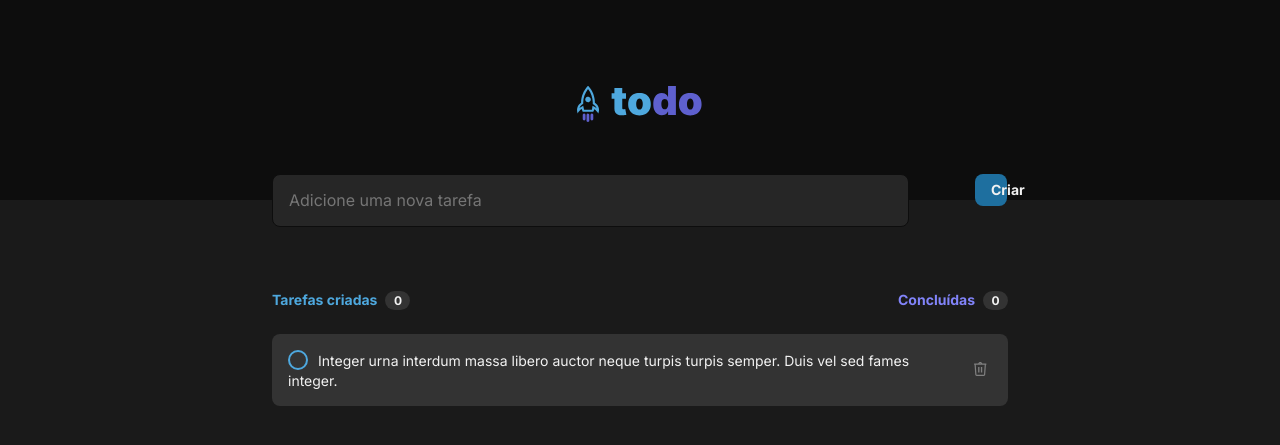
Repository: viniimartins/ToDoListROCKETSEAT
Page: /
An editor plug-in stored every save of this project. The page is shown before and after a run of saves, followed by the edit.
The browser window is 1280 px wide. The pictures show the whole page.
The project was rebuilt for these pictures with package versions that can differ from the ones it lists, and the page was loaded fresh each time. Also part of the build but not shown: vite.config.ts.

Above is the page before, as saved 2023-05-08 14:18:30.

### index.html
<!DOCTYPE html>
<html lang="en">
  <head>
    <meta charset="UTF-8" />

    <link rel="preconnect" href="https://fonts.googleapis.com" />
    <link rel="preconnect" href="https://fonts.gstatic.com" crossorigin />

    <link rel="icon" type="image/svg+xml" href="/vite.svg" />
    <meta name="viewport" content="width=device-width, initial-scale=1.0" />
    <title>Vite + React + TS</title>

    <link
      href="https://fonts.googleapis.com/css2?family=Inter:wght@400;700&display=swap"
      rel="stylesheet"
    />
  </head>
  <body>
    <div id="root"></div>
    <script type="module" src="/src/main.tsx"></script>
  </body>
</html>

### src/App.tsx
import { Header } from "./Components/Header";
import { AddTask } from "./Components/AddTask";
import { Task } from "./Components/Task";

import styles from "./App.module.css";
import "./global.css";

export function App() {
  return (
    <>
      <div>
        <Header />

        <main className={styles.wrapper}>
          <AddTask />

            <Task />
        </main>
      </div>
    </>
  );
}

### src/Components/Header.tsx
import styles from "./Header.module.css";
import Logo from "../assets/Logo.svg";

export function Header() {
  return (
    <>
      <header className={styles.header}>
        <img src={Logo} />
      </header>
    </>
  );
}

### src/Components/AddTask.tsx
import { PlusCircle } from "phosphor-react";
import styles from "./AddTask.module.css";

export function AddTask() {
  return (
    <div className={styles.inputs}>
      <input
        className={styles.inputText}
        type="text"
        placeholder="Adicione uma nova tarefa"
      />
      <button className={styles.Button}>
        <span className={styles.ButtonText}>Criar</span>
        <PlusCircle size={21} />
      </button>
    </div>
  );
}

### src/Components/Task.tsx
import { TaskCreated } from "./TaskCreated";
// import { TaskNotCreate } from "./TaskNotCreated";
import styles from "./task.module.css";

export function Task() {
  return (
    <div className={styles.task}>
      <header className={styles.taskHeader}>
        <div className={styles.taskCreated}>
          <p>Tarefas criadas</p>

          <span className={styles.taskCounter}>
            <p>0</p>
          </span>
        </div>

        <div className={styles.taskConcluded}>
          <p>Concluídas</p>

          <span className={styles.taskCounter}>
            <p>0</p>
          </span>
        </div>
      </header>

      <div>
          <TaskCreated />
      </div>
    </div>
  );
}

### src/App.module.css
.wrapper {
  max-width: 46rem;
  margin: -1.656rem auto;

  display: grid;
  grid-template-columns: 1fr;
  gap: 4rem;
  align-items: flex-start;

}

### src/global.css
:root {
  --white: #fff;

  --gray-100: #f2f2f2;
  --gray-200: #d9d9d9;
  --gray-300: #808080;
  --gray-400: #333333;
  --gray-500: #262626;
  --gray-600: #1a1a1a;
  --gray-700: #0d0d0d;

  --purble: #8284fa;
  --purbleDark: #5e60ce;

  --blue: #4ea8de;
  --blueDark: #1E6F9F;

  --darger: #e25858;
}

:focus {
  outline: transparent;
  box-shadow: 0 0 0 2px var(--purbleDark);
}

* {
  margin: 0;
  padding: 0;
  box-sizing: border-box;
}

body {
  background: var(--gray-600);
  color: var(--gray-100);
  -webkit-font-smoothing: antialiased;
}

body,
input,
textarea,
button {
  font-family: "Inter", sans-serif;
  font-weight: 400;
  font-size: 1rem;
}

### src/Components/Header.module.css
.header {
  height: 12.5rem;
  background-color: var(--gray-700);
  display: flex;
  justify-content: center;
  align-items: center;
}

.header img {
  width: 7.875rem;
  height: 3rem;
}

### src/Components/AddTask.module.css
.inputs {
  display: flex;
  gap: 1rem;
}

.inputText {
  width: 39.813rem;
  height: 3.313rem;

  border-radius: 0.5rem;
  padding: 1rem;
  border: 1px solid var(--gray-700);
  color: var(--gray-100);

  font-weight: 400;
  font-size: 1rem;
  background-color: var(--gray-500);
}

.Button {
  display: flex;
  align-items: center;

  background-color: var(--blueDark);
  color: var(--gray-100);

  border: none;
  border-radius: 0.5rem;
  padding: 1rem;
  cursor: pointer;
  gap: 0.4rem;


  font-weight: 700;
  font-size: 0.875rem;
}

.Button:hover {
  background: var(--blue);
}

### src/Components/TaskCreated.tsx
import React, { useState } from "react";
import styles from "./TaskCreated.module.css";
import Trash from "../assets/trash.svg";

interface Props {
  label: string;
}

export function TaskCreated({ label }: Props) {
  const [checked, setChecked] = useState(false);

  const handleChange = (event: React.ChangeEvent<HTMLInputElement>) => {
    setChecked(event.target.checked);
  };

  return (
    <div className={styles.taskCreated}>
      <label className={styles.checkbox}>
        <input type="checkbox" checked={checked} onChange={handleChange} />
        <span className={styles.checkmark}></span>
        <span className={styles.label}>
          Integer urna interdum massa libero auctor neque turpis turpis semper.
          Duis vel sed fames integer.
        </span>
      </label>

      <button>
        <img src={Trash} alt="trash" />
      </button>
    </div>
  );
}

### src/Components/Task.module.css
.taskHeader {
  display: flex;
  justify-content: space-between;

  margin-bottom: 1.5rem;

}

.taskCreated {
  display: flex;
  gap: 0.5rem;
}

.taskCreated p {
  color: var(--blue);
  font-size: 0.875rem;
  font-weight: 700;
}

.taskConcluded {
  display: flex;
  gap: 0.5rem;
}

.taskConcluded p {
  color: var(--purble);
  font-size: 0.875rem;
  font-weight: 700;
}

.taskCounter {
  width: 25px;
  height: 19px;

  display: flex;
  align-items: center;
  justify-content: center;

  padding: 2px 8px;
  border-radius: 999px;

  background-color: var(--gray-400);
}

.taskCounter p {
  font-size: 12px;
  font-weight: 700;
  line-height: 15px;
  background-color: transparent;
  color: inherit;
}

### src/Components/TaskCreated.module.css
.taskCreated {
  display: flex;
  align-items: center;

  background-color: var(--gray-400);
  border-radius: 0.5rem;
  padding: 1rem;
}

.checkbox {
  display: inline-block;
  position: relative;
  /* padding-left: 25px; */
  /* margin-bottom: 10px; */
  cursor: pointer;
  user-select: none;
}

.checkbox input {
  position: absolute;
  opacity: 0;
  cursor: pointer;
}

.checkmark {
  position: absolute;
  top: 0;
  left: 0;
  height: 20px;
  width: 20px;
  border: 2px solid var(--blue);
  border-radius: 50%;
  background-color: transparent;
}

.checkbox:hover input ~ .checkmark {
  background-color: var(--blueDark);
}

.checkbox input:checked ~ .checkmark {
  background-color: var(--purbleDark);
  border-color: var(--purbleDark);
}

.checkbox input:checked ~ .checkmark:hover {
  background-color: var(--purble);
  border-color: var(--purble);
}

.checkmark::after {
  content: "";
  position: absolute;
  display: none;
}

.checkbox input:checked ~ .checkmark::after {
  display: block;
}

.checkbox .checkmark::after {
  left: 5px;
  top: 1px;
  width: 4px;
  height: 9px;
  border: solid white;
  border-width: 0 1.9px 1.9px 0;
  transform: rotate(45deg);
}

.label {
  margin-left: 30px;
  font-size: 0.875rem;
}

button {
  width: 1.563rem;
  height: 1.563rem;

  margin-left: 50px;
  border: none;
  background: none;
}

Loaded but not shown: src/main.tsx (common file)

After the next 4 saves:
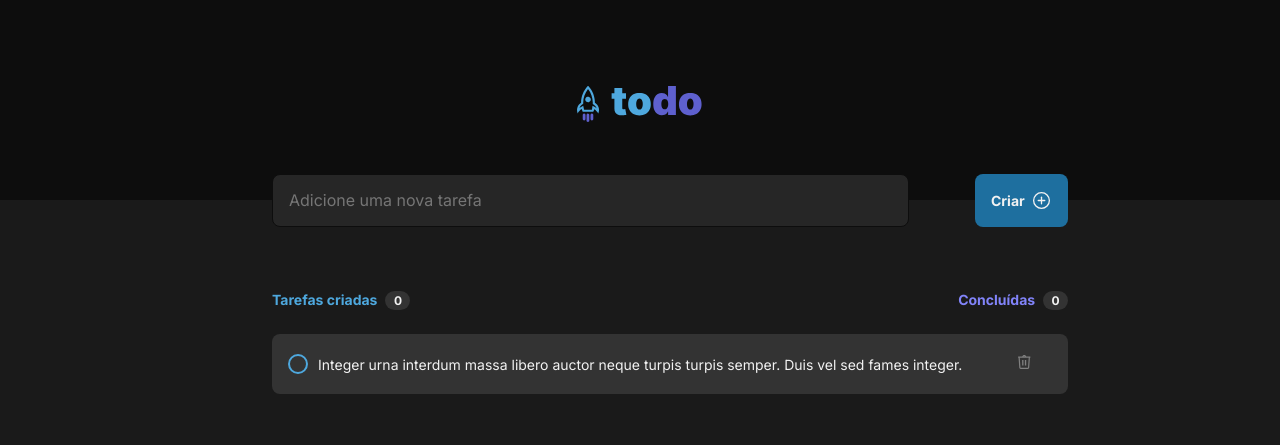
The 4 saves are shown as one change because they came seconds apart.
The last was saved 15 s later.
--- a/src/Components/TaskCreated.module.css
+++ b/src/Components/TaskCreated.module.css
@@ -73,8 +73,8 @@
 }
 
 button {
-  width: 1.563rem;
-  height: 1.563rem;
+  /* width: 1.563rem; */
+  /* height: 1.563rem; */
 
   margin-left: 50px;
   border: none;

After the 4 saves that followed:
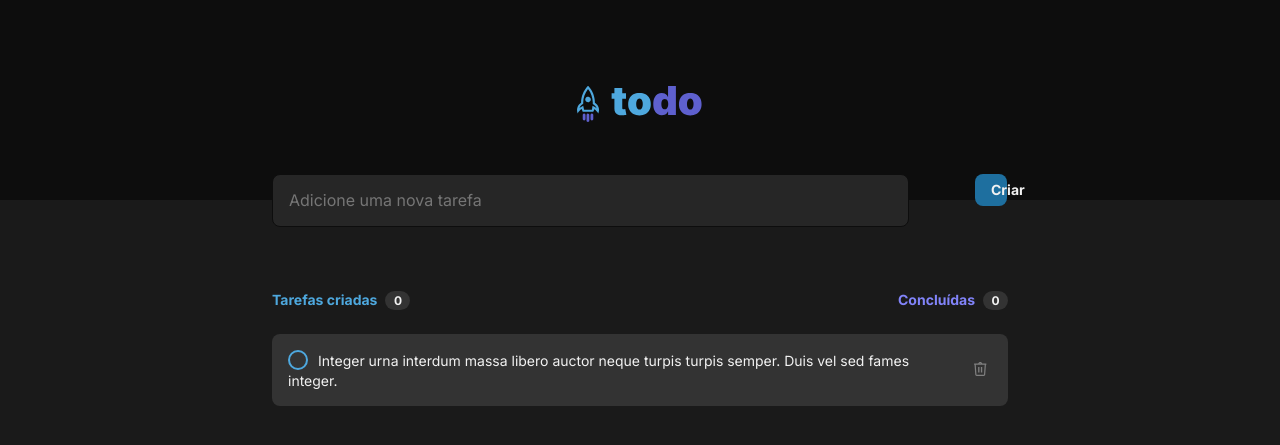
The 4 saves are shown as one change because 1 left the picture as it was and some came seconds apart.
The last was saved 55 s later.
--- a/src/Components/TaskCreated.module.css
+++ b/src/Components/TaskCreated.module.css
@@ -73,8 +73,8 @@
 }
 
 button {
-  /* width: 1.563rem; */
-  /* height: 1.563rem; */
+  width: 1.563rem;
+  height: 1.563rem;
 
   margin-left: 50px;
   border: none;
